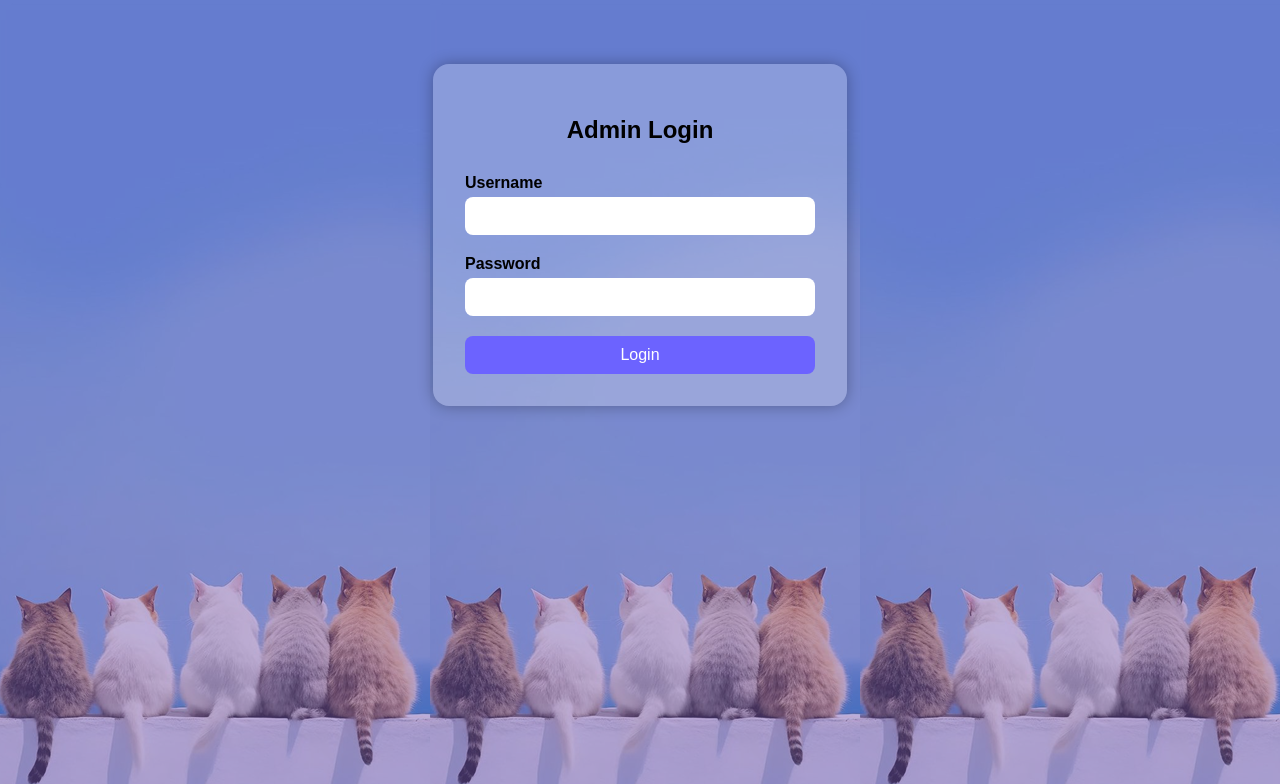
Repository: Senicccc/Shiroo-Pet-Store-Web-App
Page: http://localhost/admin/login.php
The author's editor kept a copy of each file at every save. The page is drawn from the files as they stood at one save, then again after the next save.
The browser window is 1280 px wide. The pictures show the whole page.
The page is run by PHP 8.4 with error messages shown; the project is at /var/www/html/.

Above is the page before, as saved 2025-06-02 21:36:25.

After the next save:
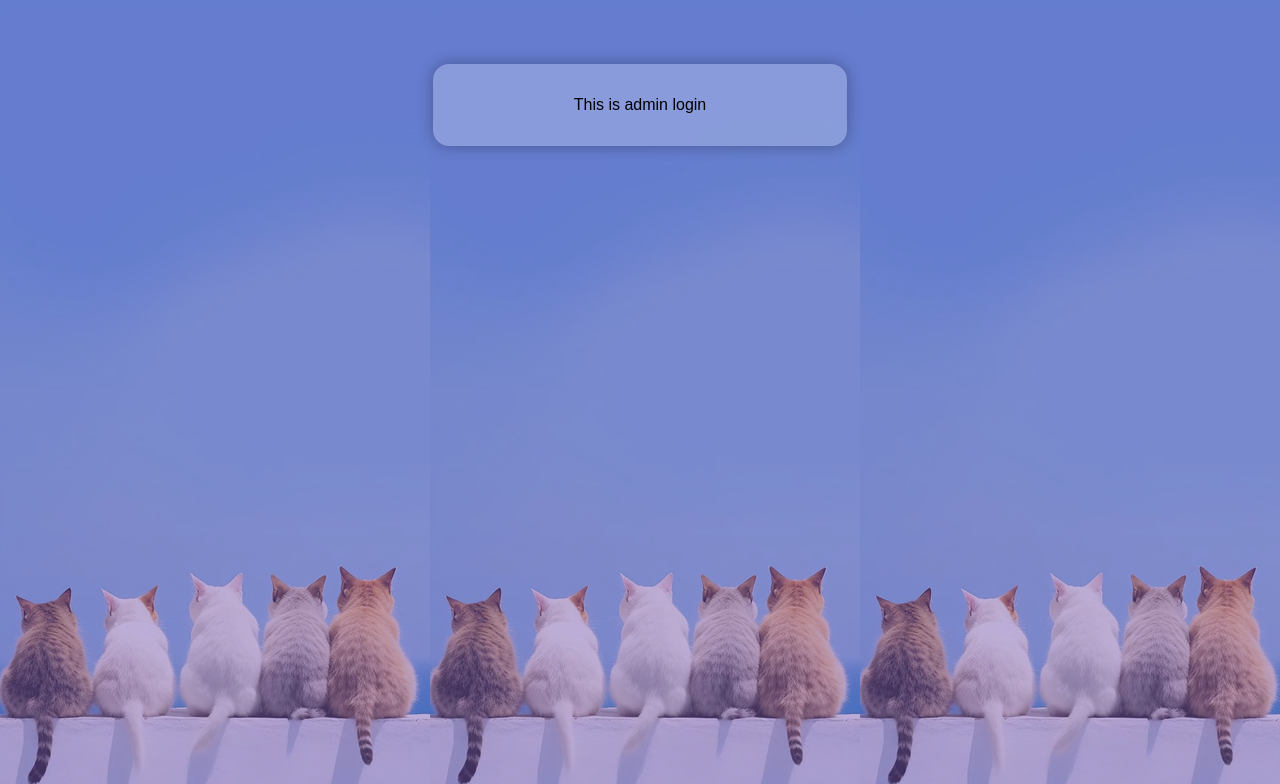
Saved 6 s later.
--- a/admin/login.php
+++ b/admin/login.php
@@ -35,6 +35,8 @@
 
 <body>
     <div class="login-card">
+        <?php echo "This is admin login"; exit; ?>
+
         <h2>Admin Login</h2>
 
         <?php if (isset($error)) { echo "<p class='error'>$error</p>"; } ?>

After the save that followed:
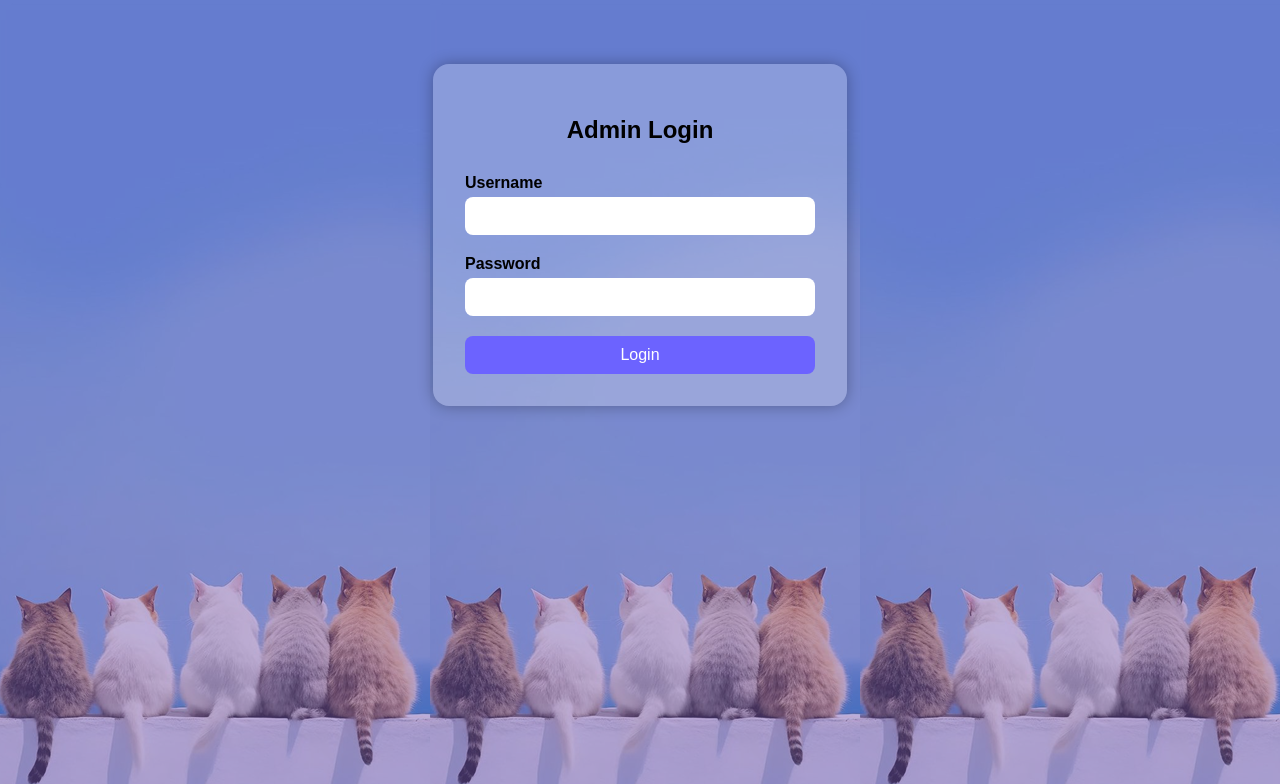
Saved 31 s later.
--- a/admin/login.php
+++ b/admin/login.php
@@ -35,8 +35,6 @@
 
 <body>
     <div class="login-card">
-        <?php echo "This is admin login"; exit; ?>
-
         <h2>Admin Login</h2>
 
         <?php if (isset($error)) { echo "<p class='error'>$error</p>"; } ?>
